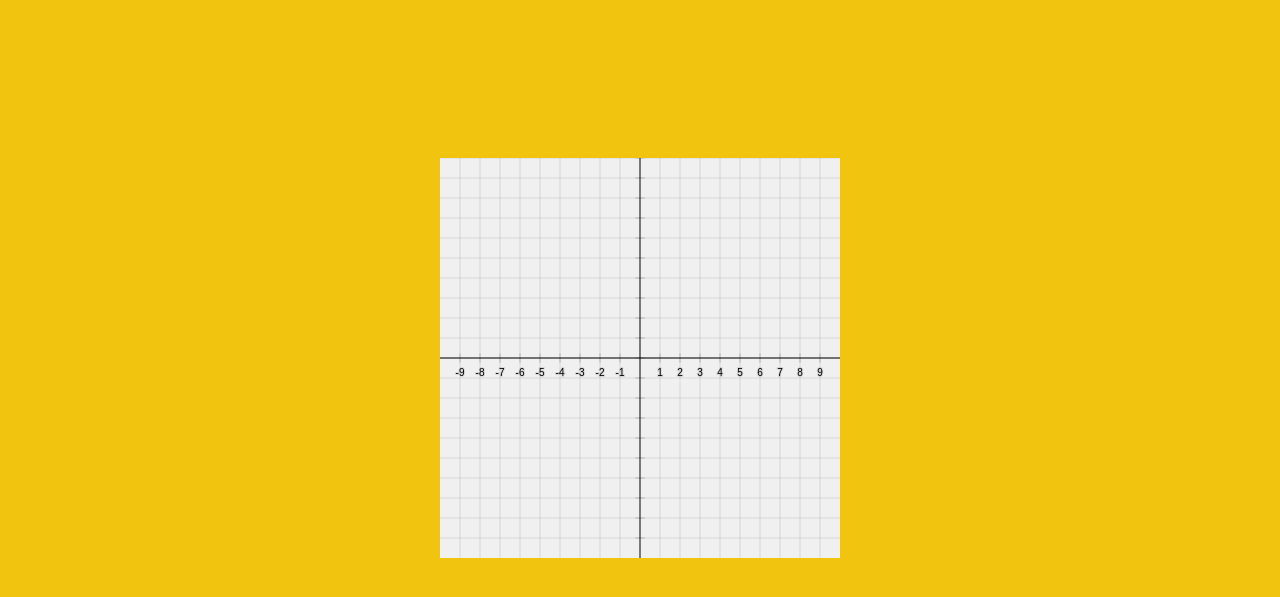
Repository: animarcus/graphing-app
Page: index.html
These files come from the project's save history. The page is drawn as it stood at one moment and after the next save; the edit follows.
The browser window is 1280 px wide. The pictures show the whole page.
Some web libraries are served in a nearby version.

Above is the page before, as saved 2020-09-26 19:51:26.

### index.html
<!DOCTYPE html>
<html lang="en">
<head>
  <link rel="apple-touch-icon"sizes="180x180"href="/icons/apple-touch-icon.png">
  <link rel="icon"type="image/png"sizes="32x32"href="/icons/favicon-32x32.png">
  <link rel="icon"type="image/png"sizes="16x16"href="/icons/favicon-16x16.png">
  <link rel="manifest"href="/icons/site.webmanifest">

  <link rel="stylesheet" href="css/style.css">
  <meta charset="UTF-8">
  <meta name="viewport" content="width=device-width, initial-scale=1.0, maximum-scale=1.0, user-scalable=0">
  <title>PLACEHOLDER</title>

  <script type="text/javascript" src="https://cdn.jsdelivr.net/npm/p5@1.1.4/lib/p5.min.js"></script>
  <script src="js/sketch.js"></script>
</head>
<body>
  <div id="canvas1"></div>
</body>
</html>

### css/style.css
* {
  cursor: default;
  /* -webkit-touch-callout: none;
  -webkit-user-select: none;
  -khtml-user-select: none;
  -moz-user-select: none;
  -ms-user-select: none;
  user-select: none; */
}
body {
  background: #f1c40f;
  height: 100%;
  overflow-y: hidden;
  overflow-x: hidden;
  /* border-radius: 50%; */
}

#canvas1 {
  position: absolute;
  top:50%;
  left:50%;
  transform: translate(-50%,-50%);
}

### js/sketch.js

let canvasW = 400;
let canvasH = 400;
let cellW = 20;

function setup() {
  let canvas = createCanvas(canvasW,canvasH);
  canvas.parent("canvas1");

  background(240);
  translate(canvasW/2, canvasH/2);

  stroke('rgba(0%, 0%, 0%, 1)');
  line(-canvasW/2, 0, canvasW/2, 0);
  line(0, -canvasH/2, 0, canvasH/2);

  stroke('rgba(0%, 0%, 0%, 0.1)');
  for (let x = -canvasW/2; x < canvasW/2; x += cellW) {
    if (x === -canvasW/2 || x === canvasW/2 || x === 0) {
      continue;
    }
    let currentX = round(x/cellW);
    strokeWeight(1);
    line(x, -canvasH/2, x, canvasH/2);
    strokeWeight(2);
    line(x, -cellW/5, x, cellW/5);
    // console.log(currentX, x, cellW);
    textAlign(CENTER, BOTTOM);
    textSize(cellW/2);
    text(currentX, x, cellW);
  }
  for (let y = -canvasH/2; y < canvasH/2; y += cellW) {
    strokeWeight(1);
    line(-canvasW/2, y, canvasW/2, y);
    strokeWeight(2);
    line(-cellW/5, y, cellW/5, y);
  }
}


function draw() {
  fill(color("green"));
  drawHandlers.drawGrid();
}


let drawHandlers = {
  drawGrid : function() {

  }
};

After the next save:
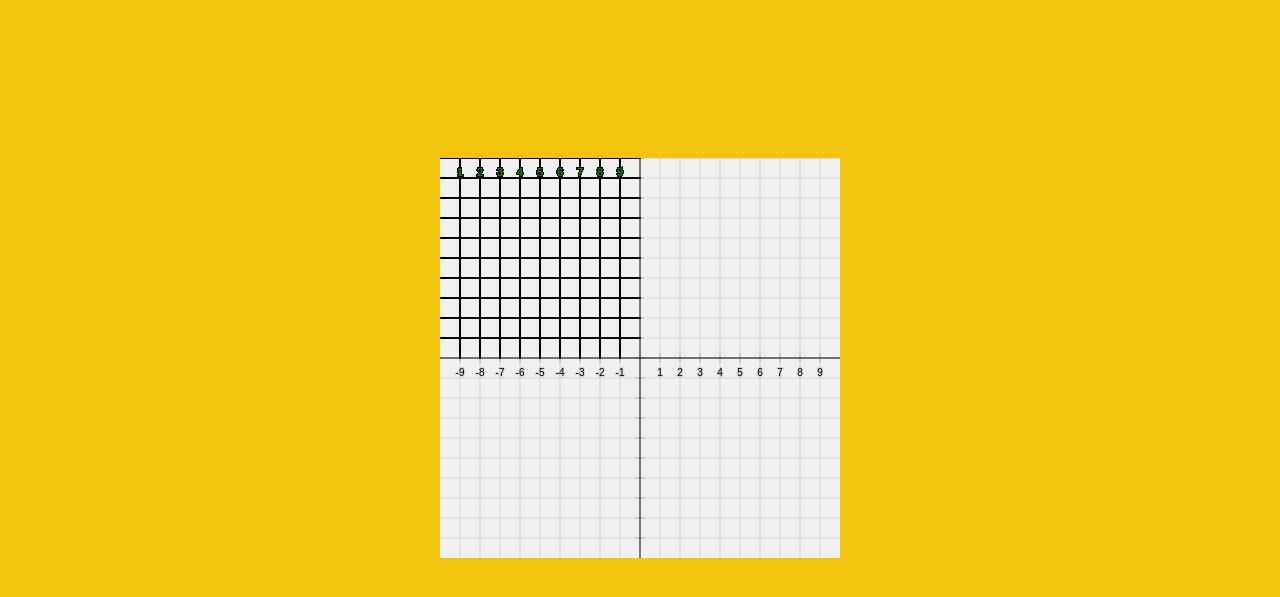
Saved 36 s later.
--- a/js/sketch.js
+++ b/js/sketch.js
@@ -14,27 +14,7 @@ function setup() {
   line(-canvasW/2, 0, canvasW/2, 0);
   line(0, -canvasH/2, 0, canvasH/2);
 
-  stroke('rgba(0%, 0%, 0%, 0.1)');
-  for (let x = -canvasW/2; x < canvasW/2; x += cellW) {
-    if (x === -canvasW/2 || x === canvasW/2 || x === 0) {
-      continue;
-    }
-    let currentX = round(x/cellW);
-    strokeWeight(1);
-    line(x, -canvasH/2, x, canvasH/2);
-    strokeWeight(2);
-    line(x, -cellW/5, x, cellW/5);
-    // console.log(currentX, x, cellW);
-    textAlign(CENTER, BOTTOM);
-    textSize(cellW/2);
-    text(currentX, x, cellW);
-  }
-  for (let y = -canvasH/2; y < canvasH/2; y += cellW) {
-    strokeWeight(1);
-    line(-canvasW/2, y, canvasW/2, y);
-    strokeWeight(2);
-    line(-cellW/5, y, cellW/5, y);
-  }
+  drawHandlers.drawGrid();
 }
 
 
@@ -46,6 +26,26 @@ function draw() {
 
 let drawHandlers = {
   drawGrid : function() {
-
+    stroke('rgba(0%, 0%, 0%, 0.1)');
+    for (let x = -canvasW/2; x < canvasW/2; x += cellW) {
+      if (x === -canvasW/2 || x === canvasW/2 || x === 0) {
+        continue;
+      }
+      let currentX = round(x/cellW);
+      strokeWeight(1);
+      line(x, -canvasH/2, x, canvasH/2);
+      strokeWeight(2);
+      line(x, -cellW/5, x, cellW/5);
+      // console.log(currentX, x, cellW);
+      textAlign(CENTER, BOTTOM);
+      textSize(cellW/2);
+      text(currentX, x, cellW);
+    }
+    for (let y = -canvasH/2; y < canvasH/2; y += cellW) {
+      strokeWeight(1);
+      line(-canvasW/2, y, canvasW/2, y);
+      strokeWeight(2);
+      line(-cellW/5, y, cellW/5, y);
+    }
   }
 };
